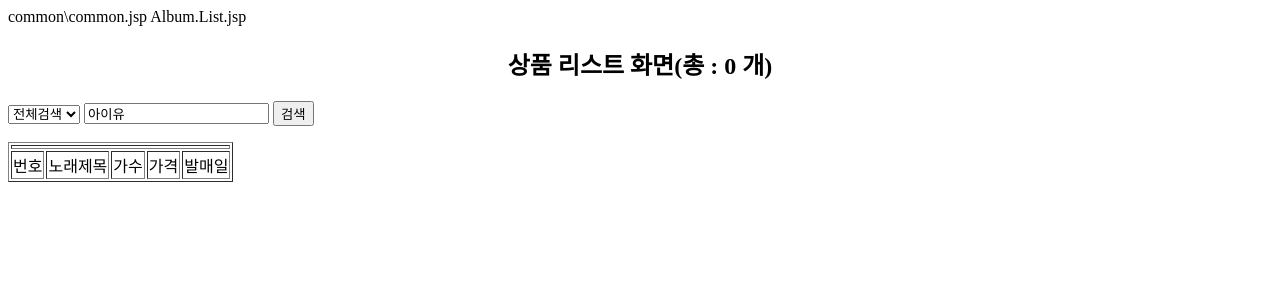
Repository: ChanhoPark-s/academyStudy
Page: http://localhost/13_Spring_MyBatis_Album/WEB-INF/album/AlbumList.jsp
The author's editor kept a copy of each file at every save. The page is drawn from the files as they stood at one save, then again after the next save.
The browser window is 1280 px wide. The pictures show the whole page.
The page is served by Tomcat 9. Nobody is signed in. The template is opened directly, without the code that normally fills it, so the values that code supplies are empty.

Above is the page before, as saved 2022-08-24 00:21:07.

After the next save:
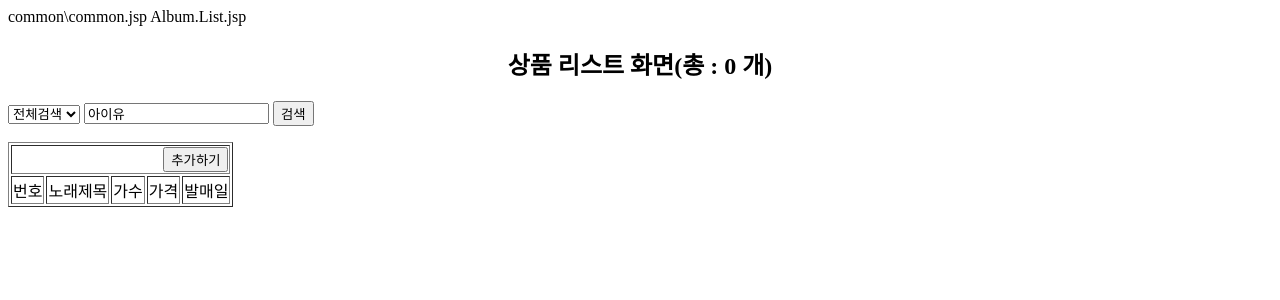
Saved 25 s later.
--- a/13_Spring_MyBatis_Album/src/main/webapp/WEB-INF/album/AlbumList.jsp
+++ b/13_Spring_MyBatis_Album/src/main/webapp/WEB-INF/album/AlbumList.jsp
@@ -16,7 +16,9 @@ Album.List.jsp<br>
 
 <table border="1">
 	<tr>
-		<td colspan="5" align="right"></td>
+		<td colspan="5" align="right">
+			<input type="button" value="추가하기" onClick="insert()">
+		</td>
 	</tr>
 	<tr>
 		<td>번호</td>
